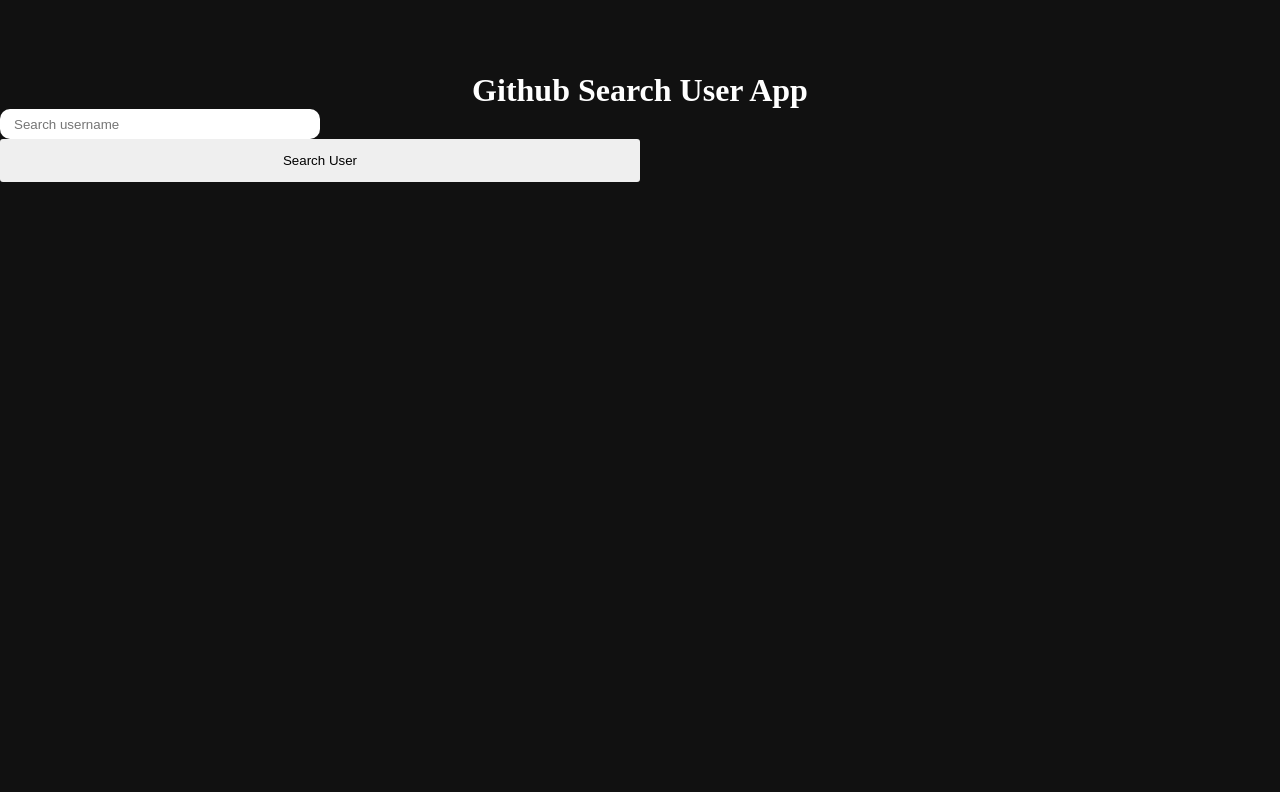
Repository: solox-cyber/Github-search-user
Page: index.html
These files come from the project's save history. The page is drawn as it stood at one moment and after the next save; the edit follows.
The browser window is 1280 px wide. The pictures show the whole page.

Above is the page before, as saved 2023-03-25 18:26:22.

After the next save:
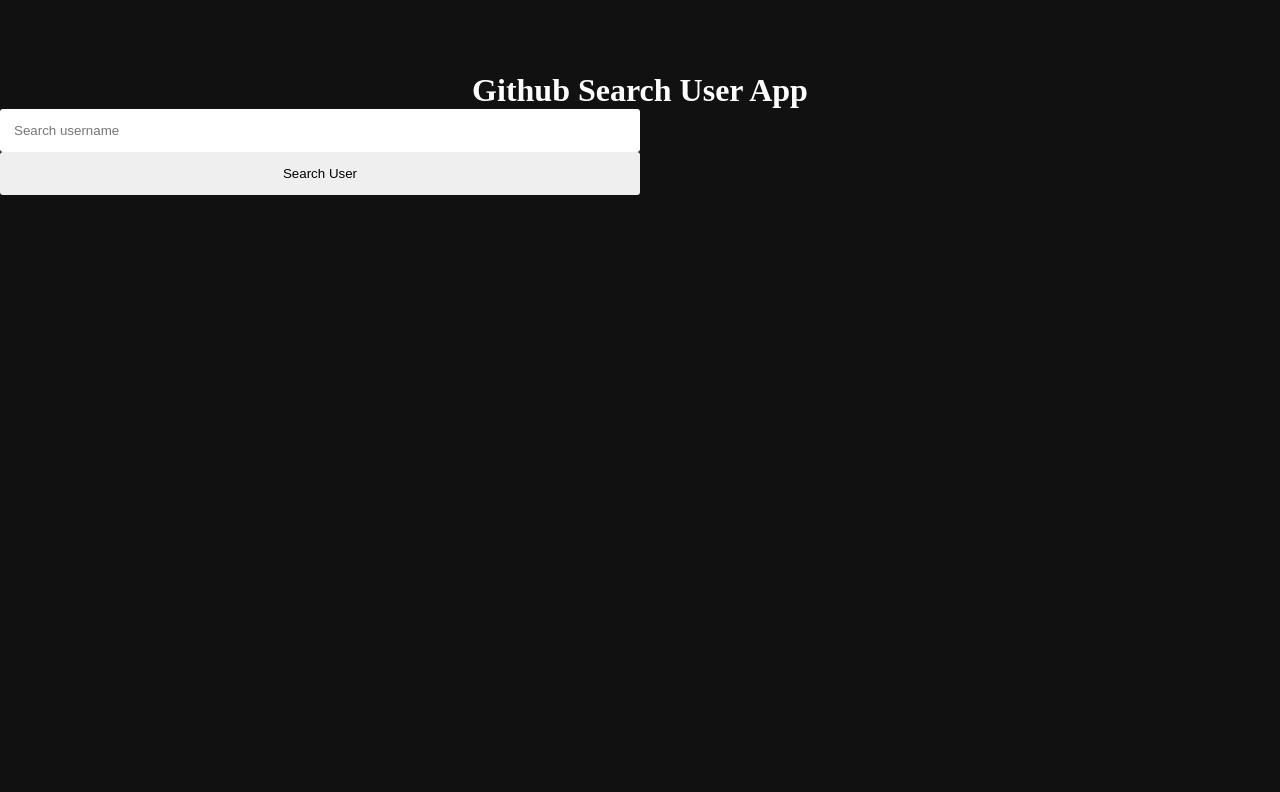
Saved 13 s later.
--- a/style.css
+++ b/style.css
@@ -36,13 +36,3 @@
       padding: 14px;
       border-radius: 3px;
     }
-
-form .form-group input{
-    width: 50%;
-    height:30px;
-    border-radius: 10px;
-    border: none;
-}
-form .form-group input:focus{
-  border:none
-}
